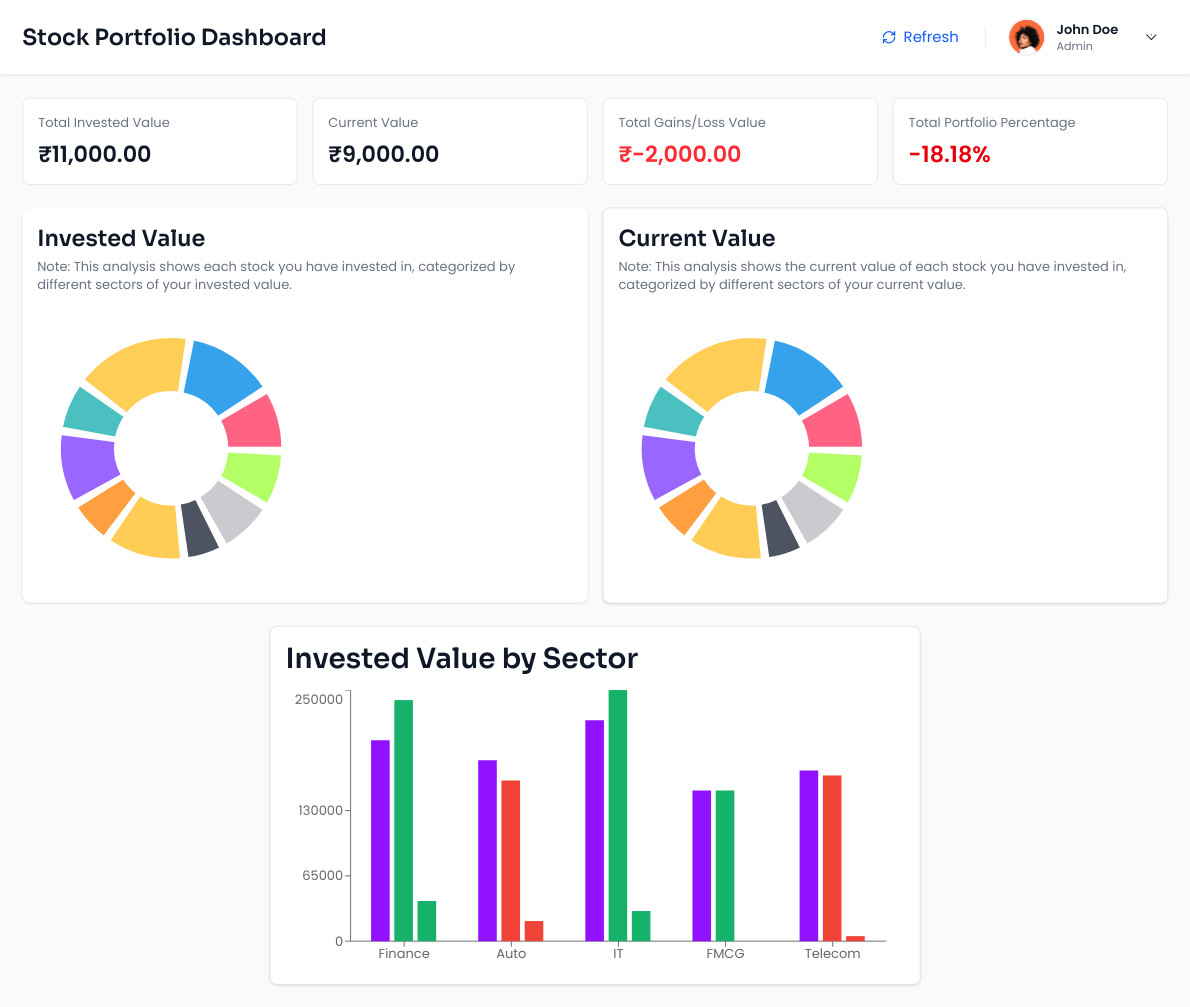
Repository: jabir12-12/inten-project
Page: /
These files come from the project's save history. The page is drawn as it stood at one moment and after the next save; the edit follows.
The browser window is 1280 px wide. The pictures show the whole page, at 93% of full size.
The project was rebuilt for these pictures with package versions that can differ from the ones it lists, and the page was loaded fresh each time. The framework's server and built-in components were replaced by stand-ins that run in the browser. Also part of the build but not shown: next.config.ts.

Above is the page before, as saved 2025-05-17 16:04:22.

### src/pages/index.tsx
'use client';
import React, { useState } from 'react';
import Image from 'next/image';
import { RefreshCw, } from "lucide-react";
import { Bar, BarChart, CartesianGrid, Legend, ResponsiveContainer, Tooltip, TooltipProps, XAxis, YAxis } from "recharts";
import { PieChart, Pie, Cell } from 'recharts';

interface PieTooltipProps extends TooltipProps<number, string> {
  active?: boolean;
  payload?: any[];
}

const Investedvalue = [
  { name: "Tata Motors", sector: "Automobile", visitors: 100000, percentage: 10, fill: "#FF6384" },
  { name: "Reliance", sector: "Energy", visitors: 150000, percentage: 15, fill: "#36A2EB" },
  { name: "Infosys", sector: "IT", visitors: 200000, percentage: 20, fill: "#FFCE56" },
  { name: "HDFC", sector: "Finance", visitors: 80000, percentage: 8, fill: "#4BC0C0" },
  { name: "ITC", sector: "FMCG", visitors: 120000, percentage: 12, fill: "#9966FF" },
  { name: "Airtel", sector: "Telecom", visitors: 70000, percentage: 7, fill: "#FF9F40" },
  { name: "Maruti", sector: "Automobile", visitors: 130000, percentage: 13, fill: "#FFCD56" },
  { name: "ICICI", sector: "Finance", visitors: 60000, percentage: 6, fill: "#4D5360" },
  { name: "Asian Paints", sector: "Chemicals", visitors: 90000, percentage: 9, fill: "#C9CBCF" },
  { name: "SBI", sector: "Finance", visitors: 90000, percentage: 9, fill: "#B2FF66" },
];




// Calculate total invested amount
const totalInvested = Investedvalue.reduce((sum, stock) => sum + stock.visitors, 0);

// Prepare data with percentage for Pie chart
const pieChartFormattedData = Investedvalue.map((stock) => ({
  name: stock.name,
  visitors: stock.visitors,
  fill: stock.fill,
  percentage: ((stock.visitors / totalInvested) * 100).toFixed(2),
}));

const CustomPieTooltip: React.FC<PieTooltipProps> = ({ active, payload }) => {
  if (active && payload && payload.length) {
    const {
      name,
      value,
      payload: { fill, visitors },
    } = payload[0];

    return (
      <div
        className="flex flex-row items-center justify-between w-40"
        style={{
          backgroundColor: 'white',
          border: '1px solid #EAECF0',
          borderRadius: '8px',
          padding: '10px',
          boxShadow: "0px 4px 8px rgba(0, 0, 0, 0.1)"
        }}
      >
        <div className="flex flex-row items-center">
          <span style={{
            display: 'inline-block',
            width: '12px',
            height: '12px',
            borderRadius: '50%',
            backgroundColor: fill,
            marginRight: '8px'
          }} />
          <p className="flex items-center text-sm font-semibold text-[#667085]">{name}</p>
        </div>
        <p className="text-[0.938rem] font-semibold text-[#1D2939]">
          ₹{(visitors ?? value ?? 0).toLocaleString("en-IN")}
        </p>
      </div>
    );
  }
  return null;
};


export default function Home() {
  const [loading, setLoading] = useState(false)
  const investedValue = 11000;
  const currentValue = 9000;

  const gainLoss = currentValue - investedValue;
  const isGain = gainLoss >= 0;
  // this convert the text into Indian Rupee format
  const gainLossText = `₹${gainLoss.toLocaleString("en-IN", {
    minimumFractionDigits: 2,
  })}`;
  const barChartData = [
    {
      name: "Finance",
      invested: 200000,
      current: 240000, // green
    },
    {
      name: "Auto",
      invested: 180000,
      current: 160000, // red
    },
    {
      name: "IT",
      invested: 220000,
      current: 250000, // green
    },
    {
      name: "FMCG",
      invested: 150000,
      current: 150000, // same (neutral)
    },
    {
      name: "Telecom",
      invested: 170000,
      current: 165000, // red
    },
  ];


  return (
    <div className="bg-gray-50 min-h-screen flex flex-col">
      {/* Header */}
      <header className="sticky top-0 z-10 flex justify-between px-4 md:px-6 py-3 md:py-4 bg-white border-b border-gray-200 shadow-sm items-center">
        <div className="flex items-center">
          <h1 className="text-gray-900 font-semibold text-xl md:text-2xl">Stock Portfolio Dashboard</h1>
        </div>
        <div className="flex items-center gap-2 md:gap-4">
          <button
            onClick={() => setLoading(true)}
            className="flex items-center  text-blue-600 hover:text-blue-800 px-3 py-1 rounded-md gap-2 cursor-pointer"
            disabled={loading}
          >
            <RefreshCw className={`w-4 h-4 ${loading ? "animate-spin" : ""}`} />
            <span>{loading ? "Refreshing..." : "Refresh"}</span>
          </button>
          <div className="hidden md:block bg-gray-200 h-6 w-px"></div>
          <div className="flex items-center gap-2 md:gap-3 cursor-pointer rounded-md px-2 py-1 hover:bg-gray-100 transition-colors">
            {/* Avatar: always visible */}
            <div className="h-8 w-8 md:h-10 md:w-10 overflow-hidden rounded-full border border-gray-200 shrink-0">
              <Image
                src="/images/Ellipse 1534 (6).svg"
                alt="User profile"
                className="h-full w-full object-cover"
                width={40}
                height={40}
              />
            </div>
            {/* Name and Role: hidden on small screens */}
            <div className="hidden md:flex flex-col min-w-[80px]">
              <span className="text-gray-900 text-sm font-semibold truncate">John Doe</span>
              <span className="text-gray-500 text-xs truncate">Admin</span>
            </div>
            {/* Dropdown Icon: visible always, aligned nicely */}
            <div className="flex items-center justify-center h-5 w-5">
              <Image
                src="/images/Frame (21).svg"
                alt="Dropdown icon"
                width={20}
                height={20}
              />
            </div>
          </div>
        </div>
      </header>
      {/* Main  Body */}
      <div className="flex-1 px-4 py-6 overflow-auto flex flex-col gap-6 md:px-6">
        <div className="flex flex-wrap gap-4 justify-between">
          {/* Total Invested Value */}
          <button className="flex flex-1 min-w-[240px] p-4 flex-col gap-2 border border-gray-200 rounded-lg bg-white transition-all duration-300 ease-in-out hover:shadow-[0_4px_20px_rgba(255,182,193,0.5)] hover:border-[#D6BBFB] hover:scale-[1.03] active:scale-[0.98]">
            <span className="text-gray-500 text-sm">Total Invested Value</span>
            <span className="text-gray-900 text-2xl font-semibold">
              ₹{investedValue.toLocaleString("en-IN", {
                minimumFractionDigits: 2,
              })}
            </span>
          </button>

          {/* Current Value */}
          <button className="flex flex-1 min-w-[240px] p-4 flex-col gap-2 border border-gray-200 rounded-lg bg-white transition-all duration-300 ease-in-out hover:shadow-[0_4px_20px_rgba(255,182,193,0.5)] hover:border-[#D6BBFB] hover:scale-[1.03] active:scale-[0.98]">
            <span className="text-gray-500 text-sm">Current Value</span>
            <span className="text-gray-900 text-2xl font-semibold">
              ₹{currentValue.toLocaleString("en-IN", {
                minimumFractionDigits: 2,
              })}
            </span>
          </button>

          {/* Total Gain/Loss */}
          <button className="flex flex-1 min-w-[240px] p-4 flex-col gap-2 border border-gray-200 rounded-lg bg-white transition-all duration-300 ease-in-out hover:shadow-[0_4px_20px_rgba(255,182,193,0.5)] hover:border-[#D6BBFB] hover:scale-[1.03] active:scale-[0.98]">
            <span className="text-gray-500 text-sm">Total Gains/Loss Value</span>
            <span
              className={`text-2xl font-semibold ${isGain ? "text-green-600" : "text-red-500"
                }`}
            >
              {gainLossText}
            </span>
          </button>

          {/* Portfolio Percentage (optional placeholder) */}
          <button className="flex flex-1 min-w-[240px] p-4 flex-col gap-2 border border-gray-200 rounded-lg bg-white transition-all duration-300 ease-in-out hover:shadow-[0_4px_20px_rgba(255,182,193,0.5)] hover:border-[#D6BBFB] hover:scale-[1.03] active:scale-[0.98]">
            <span className="text-gray-500 text-sm">Total Portfolio Percentage</span>
            <span className={`text-2xl font-semibold ${currentValue >= investedValue ? 'text-green-600' : 'text-red-600'}`}>
              {(((currentValue - investedValue) / investedValue) * 100).toFixed(2)}%
            </span>
          </button>

        </div>
        <div className='flex flex-row w-full  items-center  gap-4 justify-between'>
          <div className='flex flex-col w-1/2 gap-4 order border-gray-200 rounded-lg p-4  bg-white shadow-sm'>
            <div className='flex flex-col gap-1'>
              <h1 className="text-gray-900 font-semibold text-xl md:text-2xl">Invested Value</h1>
              <span className="text-gray-500 text-sm">
                Note: This analysis shows each stock you have invested in, categorized by different sectors of your invested value.
              </span>
            </div>
            <ResponsiveContainer width="50%" height={300} className="flex">
              <PieChart>
                <Tooltip content={<CustomPieTooltip />} cursor={false} />
                <Pie
                  data={pieChartFormattedData}
                  dataKey="visitors"
                  nameKey="name"
                  innerRadius={60}
                  outerRadius={120}
                  stroke="#FFFFFF"
                  strokeWidth={3}
                  paddingAngle={3}
                >
                  {pieChartFormattedData.map((entry, index) => (
                    <Cell key={`cell-${index}`} fill={entry.fill} />
                  ))}
                </Pie>
              </PieChart>
            </ResponsiveContainer>
          </div>
          <div className='flex flex-col w-1/2 gap-4 border border-gray-200 rounded-lg p-4 bg-white shadow-sm'>
            <div className='flex flex-col gap-1'>
              <h1 className="text-gray-900 font-semibold text-xl md:text-2xl">Current Value</h1>
              <span className="text-gray-500 text-sm">
                Note: This analysis shows the current value of each stock you have invested in, categorized by different sectors of your current value.
              </span>
            </div>
            <ResponsiveContainer width="50%" height={300} className="flex">
              <PieChart>
                <Tooltip content={<CustomPieTooltip />} cursor={false} />
                <Pie
                  data={pieChartFormattedData}
                  dataKey="visitors"
                  nameKey="name"
                  innerRadius={60}
                  outerRadius={120}
                  stroke="#FFFFFF"
                  strokeWidth={3}
                  paddingAngle={3}
                >
                  {pieChartFormattedData.map((entry, index) => (
                    <Cell key={`cell-${index}`} fill={entry.fill} />
                  ))}
                </Pie>
              </PieChart>
            </ResponsiveContainer>
          </div>
        </div>
        <div className="flex flex-col gap-4 border border-gray-200 rounded-lg p-4 bg-white shadow-sm max-w-full w-full sm:w-[90vw] md:w-[600px] lg:w-[700px] mx-auto">
          <h1 className="text-gray-900 font-semibold text-xl sm:text-2xl md:text-3xl">
            Invested Value by Sector
          </h1>

          <ResponsiveContainer width="100%" height={300}>
            <BarChart
              data={barChartData}
              barGap={5}
              barCategoryGap="30%"
              margin={{ right: 20, left: 10 }}
            >
              <CartesianGrid strokeDasharray="3 3" horizontal={false} vertical={false} />
              <XAxis
                dataKey="name"
                fontFamily="poppins"
                fontSize={14}
                fontWeight={400}
                fill="#667085"
                interval="preserveStartEnd"
              />
              <YAxis
                domain={[0, 'dataMax']}
                fontFamily="poppins"
                fontSize={14}
                fontWeight={400}
                fill="#667085"
              />
              <Tooltip
                cursor={false}
                isAnimationActive={true}
                content={({ active, payload, label }) => {
                  if (!active || !payload || payload.length === 0) return null;

                  const invested = Number(payload.find(p => p.dataKey === 'invested')?.value) || 0;
                  const current = Number(payload.find(p => p.dataKey === 'current')?.value) || 0;
                  const gainLoss = Math.abs(current - invested);
                  const gainLossColor = current >= invested ? "#17B26A" : "#F04438";

                  return (
                    <div style={{ backgroundColor: 'white', padding: 10, border: '1px solid #ccc' }}>
                      <p style={{ marginBottom: 8, fontWeight: 'bold' }}>{label}</p>
                      <p style={{ color: '#9012FF' }}>
                        Invested: ₹{invested.toLocaleString("en-IN")}
                      </p>
                      <p style={{ color: gainLossColor }}>
                        Current: ₹{current.toLocaleString("en-IN")}
                      </p>
                      <p style={{ color: gainLossColor }}>
                        Gain/Loss: ₹{gainLoss.toLocaleString("en-IN")}
                      </p>
                    </div>
                  );
                }}
              />
              <Legend wrapperStyle={{ display: 'none' }} />
              <Bar dataKey="invested" name="Invested" fill="#9012FF" barSize={20} />
              <Bar
                dataKey="current"
                name="Current Value"
                barSize={20}
                fill="#ccc"
                shape={(props: any) => {
                  const { x, y, width, height, payload } = props;
                  const fill = payload.current >= payload.invested ? "#17B26A" : "#F04438";
                  return <rect x={x} y={y} width={width} height={height} fill={fill} />;
                }}
              />
              <Bar
                dataKey={(entry) => Math.abs(entry.current - entry.invested)}
                name="Gain/Loss"
                barSize={20}
                fill="#ccc"
                shape={(props: any) => {
                  const { x, y, width, height, payload } = props;
                  const fill = payload.current >= payload.invested ? "#17B26A" : "#F04438";
                  return <rect x={x} y={y} width={width} height={height} fill={fill} />;
                }}
              />
            </BarChart>
          </ResponsiveContainer>
        </div>



      </div>
    </div>


  );
}

### src/styles/globals.css
@import url('https://fonts.googleapis.com/css2?family=Poppins:wght@400;500;600&family=Inter:wght@400;500;600&family=Sora:wght@400;500;600;700;800&display=swap');
@import url('https://fonts.googleapis.com/css2?family=Inter:wght@400;700&display=swap');

@import "tailwindcss";

body {
  background-color: #f7f8fb;
  margin: 0;
  padding: 0;
  font-family: 'Poppins', sans-serif;
  justify-content: center;
  align-items: center;
  height: 100vh;
}

.video-js .vjs-playback-rate {
  font-size: 10px;
  transform: translateY(12px);
  /* Moves the button down by 10px */

}

.heading .head {
  font-family: 'Sora', sans-serif;
  font-size: 24px;
  /* Example size */
  font-weight: 700;
}

/* Example for other headings if needed */
h1,
h2,
h3,
h4,
h5,
h6 {
  font-family: 'Sora', sans-serif;
}

h3 {
  font-size: 18px;
  font-weight: 600;
}

/* Ensure that other text elements use Poppins */
p,
span,
div {
  font-family: 'Poppins', sans-serif;
}

.button {
  outline: none;
}

/* Custom scrollbar styles */

::-webkit-scrollbar {
  width: 7px;
  height: 7px;
}

::-webkit-scrollbar-thumb {
  background-color: rgba(234, 236, 240, 1);
  ;

  border-radius: 100px;
}

::-webkit-scrollbar-track {
  background: "white";

}

/* THIS IS FOR TEXT-EDITOR IN DISSCUSSION TAB --------------------------*/
.custom-quill .ql-container {
  border: none !important;
  /* Remove the border from the container */
}

.custom-quill .ql-editor {
  border: none !important;
  /* Ensure no border around the editor */
}

.custom-quill:focus {
  outline: none;
  /* Remove outline on focus */
}

.custom-quill .ql-editor {
  font-size: 16px;
  /* Set text size to 16px */
  font-family: 'Poppins', sans-serif;
  font-style: normal;
  /* Use the Poppins font */

}

.custom-quill .ql-editor:empty::before {

  /* Show placeholder */
  color: #667085;
  /* Placeholder color */
  font-family: 'Poppins', sans-serif;
  font-style: normal;
  /* Poppins font for placeholder */
  font-size: 16px;
  /* Placeholder size */
  position: absolute;
  /* Position it absolutely */
  left: 10px;
  /* Adjust according to your padding */
  top: 10px;
  /* Adjust according to your padding */
  pointer-events: none;
  /* Prevent interaction */
}

.custom-quill .ql-editor:focus::before {
  display: none;
  /* Hide placeholder on focus */
}

/* -------------------------------------------------- */
/* FOR TOOLTIP FOR TEST PAGE ONLY ->learn Tab */


.tooltipText {
  position: absolute;
  color: white;
  bottom: 125%;
  /* Position above the button */
  left: 50%;
  /* Center horizontally */
  transform: translateX(-50%);
  /* Adjust to center the tooltip */

  z-index: 3;
  background-color: #131313;
  box-shadow: 0 5px 10px rgba(0, 0, 0, 0.3);
  padding: 6px 14px;
  /* Padding inside the tooltip */
  width: 204px;
  /* Fixed width */
  height: auto;
  /* Hug content (height grows with content) */
  min-height: 78px;
  /* Minimum height */
  font-size: 15px;
  font-weight: 400;
  border-radius: 5px;
  white-space: normal;
  /* Allow text wrapping for longer content */
  opacity: 0;
  pointer-events: none;
  transition: all 0.4s ease;
}

.tooltip:hover .tooltipText {
  opacity: 1;
  pointer-events: auto;
  transform: translate(-50%, -10px);
  /* Move tooltip slightly up on hover */
}

.drawer-overlay {
  background-color: transparent !important;
  /* Makes the overlay transparent */
}

/* magic.module.css */
.customCheckbox input[type="checkbox"]:checked {
  background-color: #9012FF;
  border-color: #9012FF;
}

/* Add this to your global CSS file */
.ql-container .ql-editor img {
  cursor: pointer;
}

.image-resizer {
  border: 1px dashed #999;
  position: absolute;
}

.image-resizer .resize-handle {
  background-color: #fff;
  border: 1px solid #999;
  height: 8px;
  width: 8px;
  position: absolute;
}

.image-resizer .resize-handle.se {
  bottom: -5px;
  right: -5px;
  cursor: se-resize;
}

.image-resizer .resize-handle.sw {
  bottom: -5px;
  left: -5px;
  cursor: sw-resize;
}

.image-resizer .resize-handle.ne {
  top: -5px;
  right: -5px;
  cursor: ne-resize;
}

.image-resizer .resize-handle.nw {
  top: -5px;
  left: -5px;
  cursor: nw-resize;
}


@layer base {
  :root {
    --radius: 0.5rem;
    --chart-1: 12 76% 61%;
    --chart-2: 173 58% 39%;
    --chart-3: 197 37% 24%;
    --chart-4: 43 74% 66%;
    --chart-5: 27 87% 67%;
  }

  .dark {
    --chart-1: 220 70% 50%;
    --chart-2: 160 60% 45%;
    --chart-3: 30 80% 55%;
    --chart-4: 280 65% 60%;
    --chart-5: 340 75% 55%;
  }
}

Loaded but not shown: src/pages/_app.tsx (common file); src/pages/_document.tsx (common file)

After the next save:
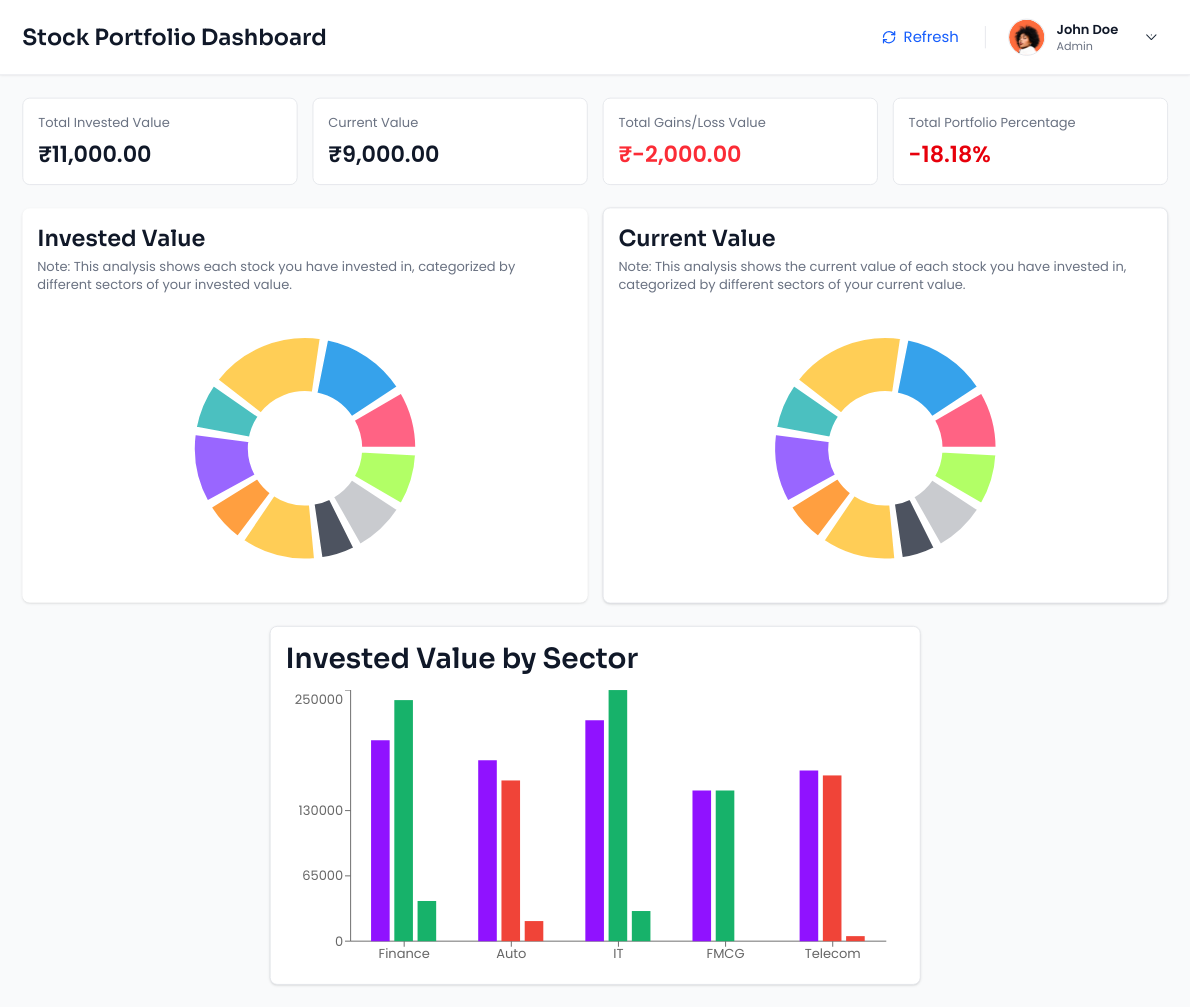
Saved 107 s later.
--- a/src/pages/index.tsx
+++ b/src/pages/index.tsx
@@ -213,7 +213,7 @@ export default function Home() {
                 Note: This analysis shows each stock you have invested in, categorized by different sectors of your invested value.
               </span>
             </div>
-            <ResponsiveContainer width="50%" height={300} className="flex">
+            <ResponsiveContainer width="100%" height={300}>
               <PieChart>
                 <Tooltip content={<CustomPieTooltip />} cursor={false} />
                 <Pie
@@ -240,7 +240,7 @@ export default function Home() {
                 Note: This analysis shows the current value of each stock you have invested in, categorized by different sectors of your current value.
               </span>
             </div>
-            <ResponsiveContainer width="50%" height={300} className="flex">
+            <ResponsiveContainer width="100%" height={300}>
               <PieChart>
                 <Tooltip content={<CustomPieTooltip />} cursor={false} />
                 <Pie
